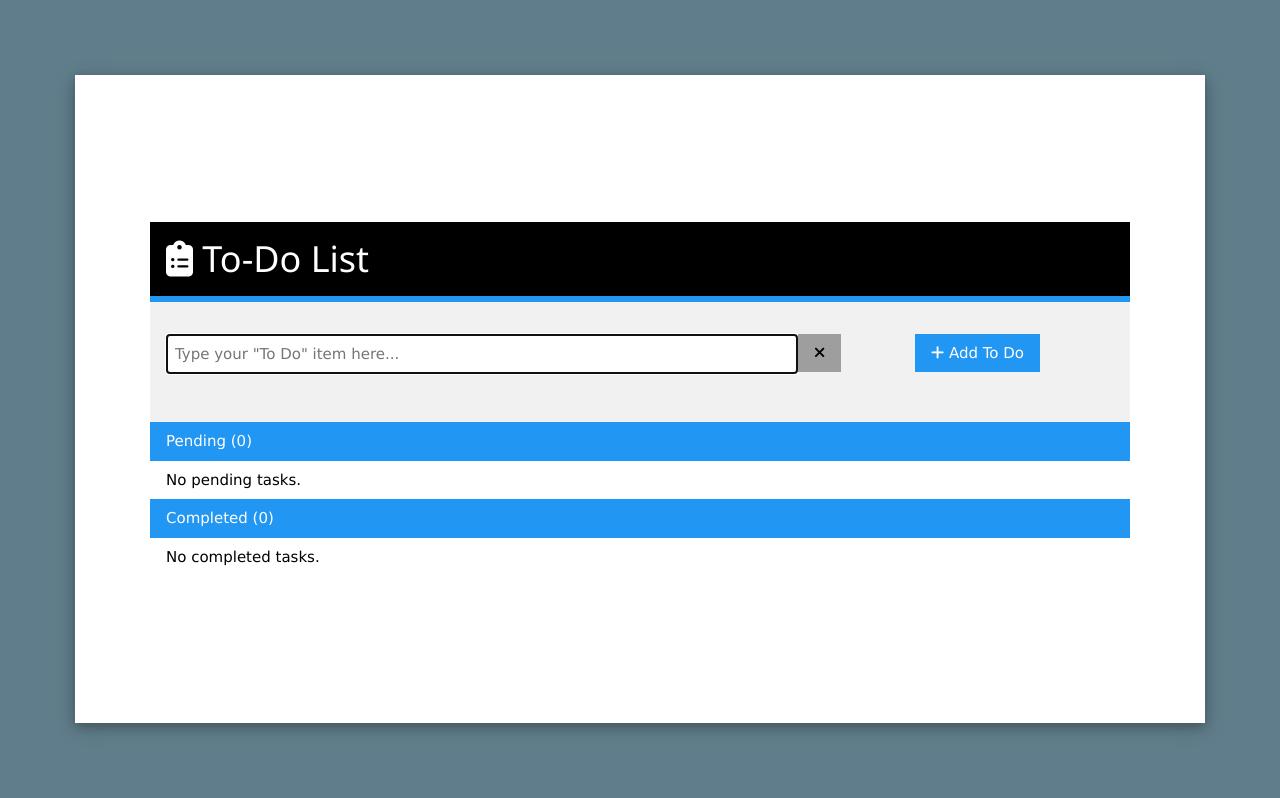
Repository: bclover/vue3-design-patterns-book
Page: /
These files come from the project's save history. The page is drawn as it stood at one moment and after the next save; the edit follows.
The browser window is 1280 px wide. The pictures show the whole page.
The project was rebuilt for these pictures with package versions that can differ from the ones it lists, and the page was loaded fresh each time. Also part of the build but not shown: vite.config.ts.

Above is the page before, as saved 2023-06-19 22:58:37.

After the next save:
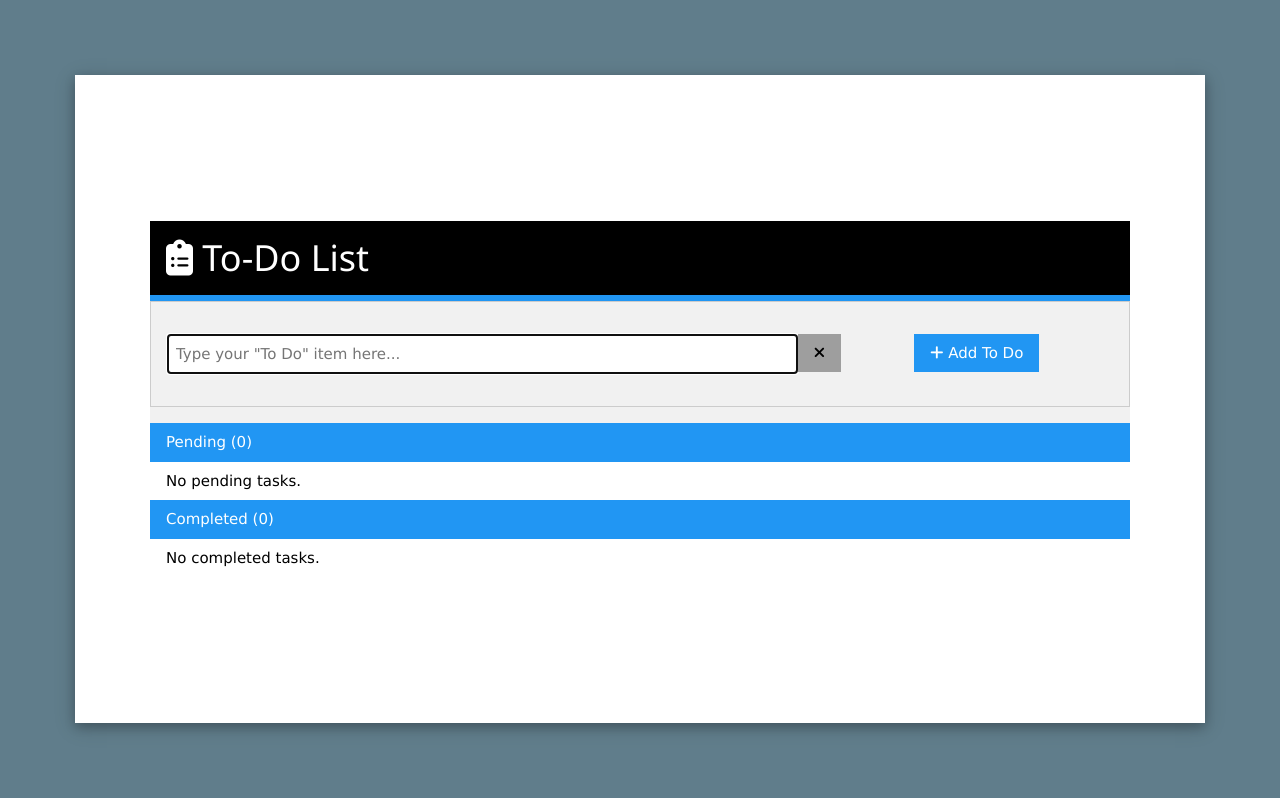
Saved 60 s later.
--- a/src/components/ToDos.vue
+++ b/src/components/ToDos.vue
@@ -41,7 +41,7 @@ function addToDo() {
 
     <!-- Remove & Add Buttons -->
     <div
-      class="w3-container flex-container w3-light-gray w3-padding-32 w3-center"
+      class="w3-container flex-container w3-light-gray w3-padding-32 w3-center w3-border"
     >
       <input
         class="w3-input w3-twothird w3-border"
